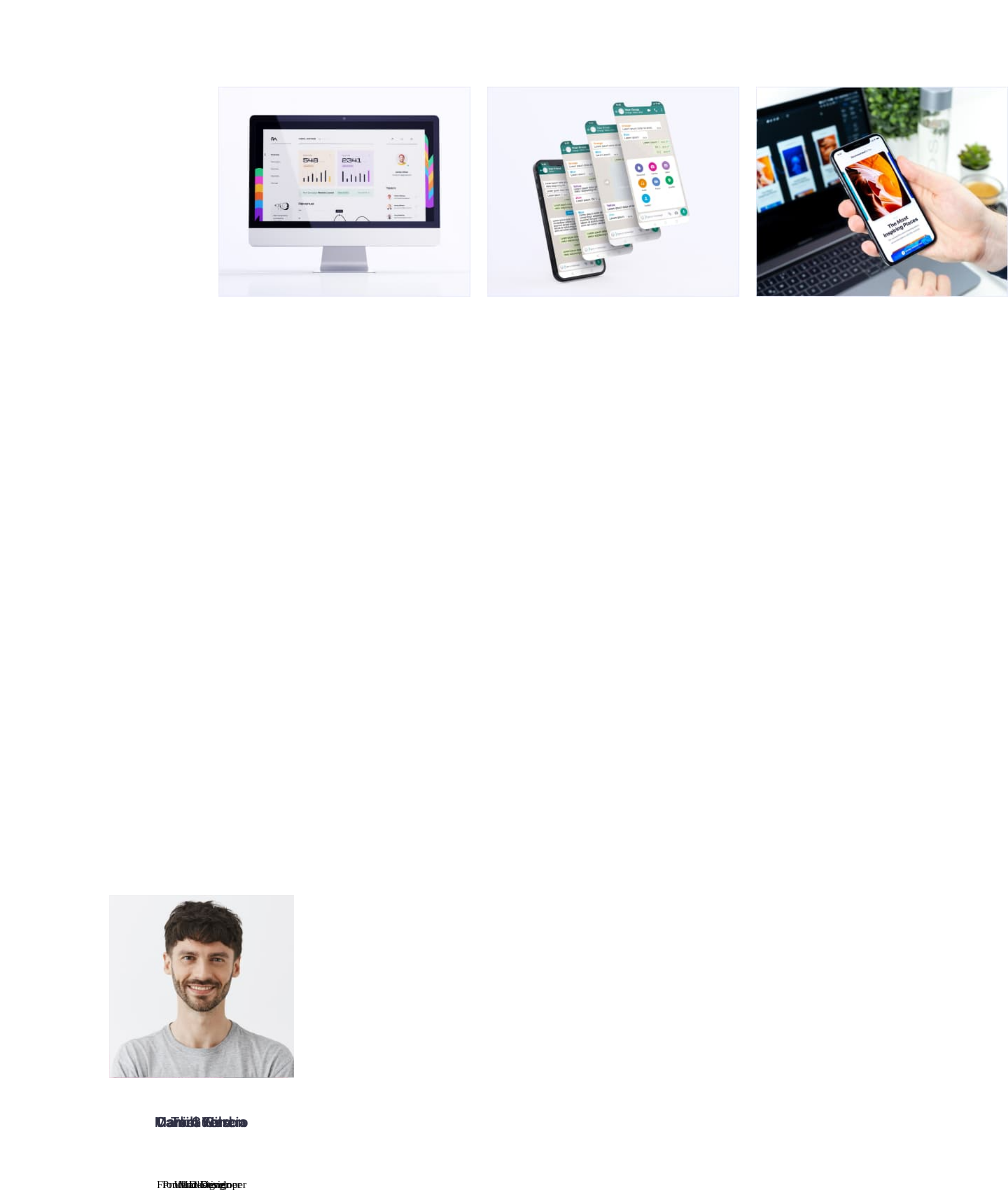
Repository: GrishchenkoNataliya/goit-markup-hw-02
Page: index.html
An editor plug-in stored every save of this project. The page is shown before and after the next save, followed by the edit.
The browser window is 1280 px wide. The page is 1440 px wide, so the pictures cover 1440 px, including what lies to the right of the window. The pictures show the part of the page from y = 2020 to 3740 px (the page is 3740 px tall), at 70% of full size.

Above is the page before, as saved 2023-03-06 19:52:41.

After the next save:
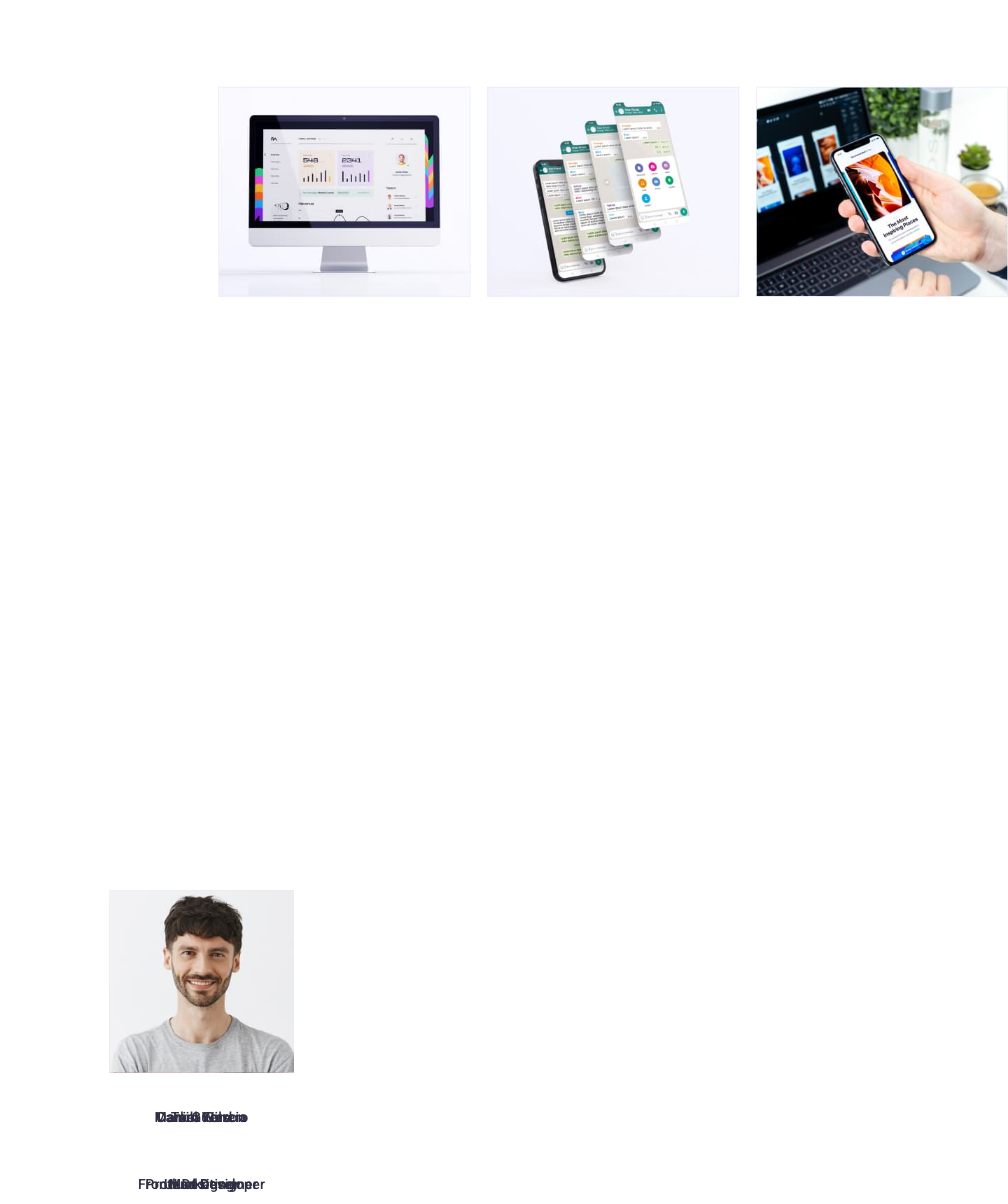
Saved 3 min 2 s later.
--- a/index.html
+++ b/index.html
@@ -140,12 +140,12 @@
               height="260"
             />
             <h3 class="feature3-subtitle">Mark Guerrero</h3>
-            <p>Product Designer</p>
+            <p class="feature3-subtitle">Product Designer</p>
           </li>
           <li class="feature3-item">
             <img src="./images/pages1/img2.jpg" alt="Tom Ford" width="264" />
             <h3 class="feature3-subtitle">Tom Ford</h3>
-            <p>Frontend Developer</p>
+            <p class="feature3-subtitle">Frontend Developer</p>
           </li>
           <li class="feature3-item">
             <img
@@ -154,7 +154,7 @@
               width="264"
             />
             <h3 class="feature3-subtitle">Camila Garcia</h3>
-            <p>Marketing</p>
+            <p class="feature3-subtitle">Marketing</p>
           </li>
           <li class="feature3-item">
             <img
@@ -163,7 +163,7 @@
               width="264"
             />
             <h3 class="feature3-subtitle">Daniel Wilson</h3>
-            <p>UI Designer</p>
+            <p class="feature3-subtitle">UI Designer</p>
           </li>
         </ul>
       </section>
--- a/css/styles.css
+++ b/css/styles.css
@@ -230,6 +230,8 @@ body {
   letter-spacing: 0.02em;
   color: #2e2f42;
 }
+.feature3-subtitle {
+}
 .footer {
 }
 .footer-text {
